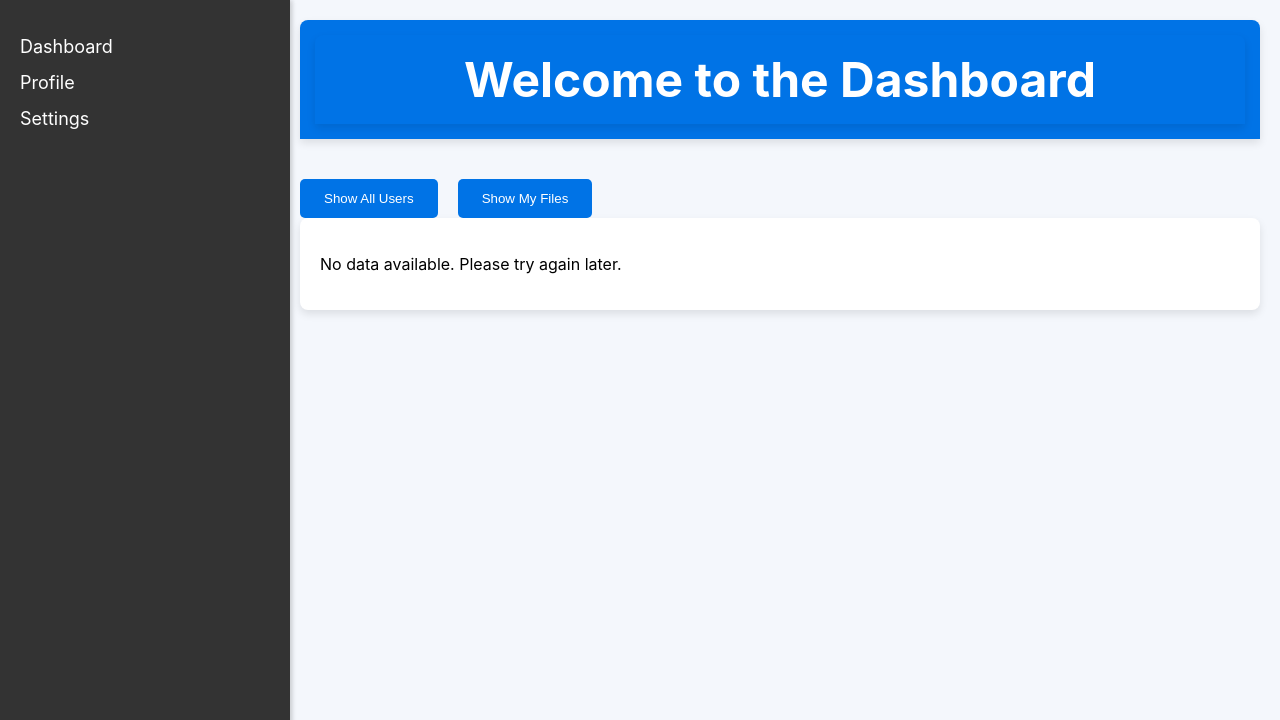
Repository: JaafarRezk/FrontEnd-InternetApplications
Page: /dashboard
These files come from the project's save history. The page is drawn as it stood at one moment and after the next save; the edit follows.
The browser window is 1280 px wide. The pictures show the whole page.
The project was rebuilt for these pictures with package versions that can differ from the ones it lists, and the page was loaded fresh each time. Also part of the build but not shown: src/styles/Home.module.css, src/components/Home.js, src/styles/Auth.module.css, src/components/Auth/Login.js, src/components/Auth/Register.js.

Above is the page before, as saved 2024-11-09 16:47:35.

### src/App.js
// src/App.js
import React from 'react';
import { BrowserRouter as Router, Route, Routes } from 'react-router-dom';
import Home from './components/Home';
import Login from './components/Auth/Login';

import Dashboard from './components/Dashboard';
import Register from './components/Auth/Register';

function App() {
  return (
    <Router>
      <div className="App">
      <Routes>
      <Route path="/" element={<Home />} />
        <Route path="/login" element={<Login />} />
        <Route path="/register" element={<Register />} />
        <Route path="/dashboard" element={<Dashboard />} />
      </Routes>
      </div>
    </Router>
  );
}

export default App;

### src/components/Dashboard.js
import React, { useState } from 'react';
import axios from 'axios';
import Sidebar from './Sidebar';
import Header from './Header';
import Toolbar from './Toolbar';
import Content from './Contnent';
import styles from '../styles/Dashboard.module.css';
import SidebarStyles from '../styles/Sidebar.module.css';
import HeaderStyles from '../styles/Header.module.css';
import ToolbarStyles from '../styles/Toolbar.module.css';

const Dashboard = () => {
  const [users, setUsers] = useState([]);
  const [files, setFiles] = useState([]);
  const [error, setError] = useState('');
  const [loading, setLoading] = useState(false);

  const fetchUsers = async () => {
    setLoading(true);
    setError('');
    try {
      const token = localStorage.getItem('token');
      const response = await axios.get('http://127.0.0.1:8000/api/allUsers', {
        headers: {
          Authorization: `Bearer ${token}`,
        },
      });
      setUsers(response.data.data);
    } catch (error) {
      setError('Failed to load users.');
      console.error(error);
    } finally {
      setLoading(false);
    }
  };

  const fetchFiles = async () => {
    setLoading(true);
    setError('');
    try {
      const token = localStorage.getItem('token');
      const response = await axios.get('http://127.0.0.1:8000/api/file/getMyFiles', {
        headers: {
          Authorization: `Bearer ${token}`,
        },
      });
      setFiles(response.data);
    } catch (error) {
      setError('Failed to load files.');
      console.error(error);
    } finally {
      setLoading(false);
    }
  };

  return (
    <div className={styles.dashboard}>
      <div className={SidebarStyles.sidebar}>
        <Sidebar />
      </div>
      <div className={styles.mainContent}>
        <div className={HeaderStyles.header}>
          <Header />
        </div>
        <div className={ToolbarStyles.toolbar}>
          <Toolbar fetchUsers={fetchUsers} fetchFiles={fetchFiles} loading={loading} />
        </div>
        <Content users={users} files={files} error={error} loading={loading} />
      </div>
    </div>
  );
};

export default Dashboard;

### src/components/Sidebar.js
import React from 'react';
import { Link } from 'react-router-dom';
import styles from '../styles/Sidebar.module.css';

const Sidebar = () => {
  return (
    <div className={styles.sidebar}>
      <ul>
        <li><Link to="/dashboard">Dashboard</Link></li>
        <li><Link to="/profile">Profile</Link></li>
        <li><Link to="/settings">Settings</Link></li>
      </ul>
    </div>
  );
};

export default Sidebar;

### src/components/Header.js
import React from 'react';
import styles from '../styles/Header.module.css';

const Header = () => {
  return (
    <div className={styles.header}>
      <h1>Welcome to the Dashboard</h1>
    </div>
  );
};

export default Header;

### src/components/Toolbar.js
import React from 'react';
import styles from '../styles/Toolbar.module.css';

const Toolbar = ({ fetchUsers, fetchFiles, loading }) => {
  return (
    <div className={styles.toolbar}>
      <button onClick={fetchUsers} className={styles.button} disabled={loading}>
        {loading ? 'Loading Users...' : 'Show All Users'}
      </button>
      <button onClick={fetchFiles} className={styles.button} disabled={loading}>
        {loading ? 'Loading Files...' : 'Show My Files'}
      </button>
    </div>
  );
};

export default Toolbar;

### src/components/Contnent.js
import React from 'react';
import styles from '../styles/Content.module.css';

const Content = ({ users, files, error, loading }) => {
  return (
    <div className={styles.content}>
      {error && <p className={styles.error}>{error}</p>}

      {loading && <p>Loading...</p>}

      {users.length > 0 && (
        <div className={styles.cardContainer}>
          <div className={styles.card}>
            <h3>Users:</h3>
            <ul>
              {users.map((user) => (
                <li key={user.id}>{user.name} - {user.email}</li>
              ))}
            </ul>
          </div>
        </div>
      )}

      {files.length > 0 && (
        <div className={styles.cardContainer}>
          <div className={styles.card}>
            <h3>My Files:</h3>
            <ul>
              {files.map((file) => (
                <li key={file.id}>{file.name}</li>
              ))}
            </ul>
          </div>
        </div>
      )}

      {users.length === 0 && files.length === 0 && !loading && (
        <p>No data available. Please try again later.</p>
      )}
    </div>
  );
};

export default Content;

### src/styles/Dashboard.module.css
/* Dashboard.module.css */
.dashboard {
    display: flex;
    min-height: 100vh;
    background-color: #f4f7fc;
  }

  .mainContent {
    flex: 1;
    margin-left: 280px; /* Space for Sidebar */
    padding: 20px;
  }

  @media (max-width: 768px) {
    .mainContent {
      margin-left: 0;
    }
  }

### src/styles/Sidebar.module.css
/* Sidebar.module.css */
.sidebar {
    width: 250px;
    background-color: #333;
    color: white;
    padding: 20px;
    height: 100vh;
    position: fixed;
    top: 0;
    left: 0;
    box-shadow: 2px 0 5px rgba(0, 0, 0, 0.1);
  }

  .sidebar ul {
    list-style-type: none;
    padding: 0;
  }

  .sidebar li {
    margin: 15px 0;
  }

  .sidebar li a {
    color: white;
    text-decoration: none;
    font-size: 18px;
    display: block;
  }

  .sidebar li a:hover {
    background-color: #0073e6;
    padding: 10px;
    border-radius: 5px;
  }

### src/styles/Header.module.css
/* Header.module.css */
.header {
    background-color: #0073e6;
    color: white;
    padding: 15px;
    text-align: center;
    font-size: 24px;
    font-weight: bold;
    border-radius: 8px 8px 0 0;
    box-shadow: 0 4px 8px rgba(0, 0, 0, 0.1);
  }

  .header h1 {
    margin: 0;
  }

### src/styles/Toolbar.module.css
/* Toolbar.module.css */
.toolbar {
    display: flex;
    gap: 20px;
    margin-top: 20px;
  }

  .button {
    padding: 12px 24px;
    background-color: #0073e6;
    color: white;
    border: none;
    cursor: pointer;
    border-radius: 5px;
    transition: background-color 0.3s ease;
  }

  .button:hover {
    background-color: #005bb5;
  }

  .button:disabled {
    background-color: #cccccc;
    cursor: not-allowed;
  }

### src/styles/Content.module.css
/* Content.module.css */
.content {
    padding: 20px;
    background-color: #fff;
    border-radius: 8px;
    box-shadow: 0 4px 8px rgba(0, 0, 0, 0.1);
  }

  .error {
    color: red;
    font-weight: bold;
  }

  .cardContainer {
    margin-top: 20px;
  }

  .card {
    background-color: #f9f9f9;
    padding: 15px;
    border-radius: 8px;
    box-shadow: 0 4px 8px rgba(0, 0, 0, 0.05);
  }

  .card h3 {
    margin-bottom: 10px;
    color: #333;
  }

  .card ul {
    list-style-type: none;
    padding: 0;
  }

  .card li {
    padding: 8px 0;
    border-bottom: 1px solid #eee;
  }

  .card li:last-child {
    border-bottom: none;
  }

Loaded but not shown: public/index.html (common file); src/index.js (common file); src/index.css (common file); src/reportWebVitals.js (common file)

After the next save:
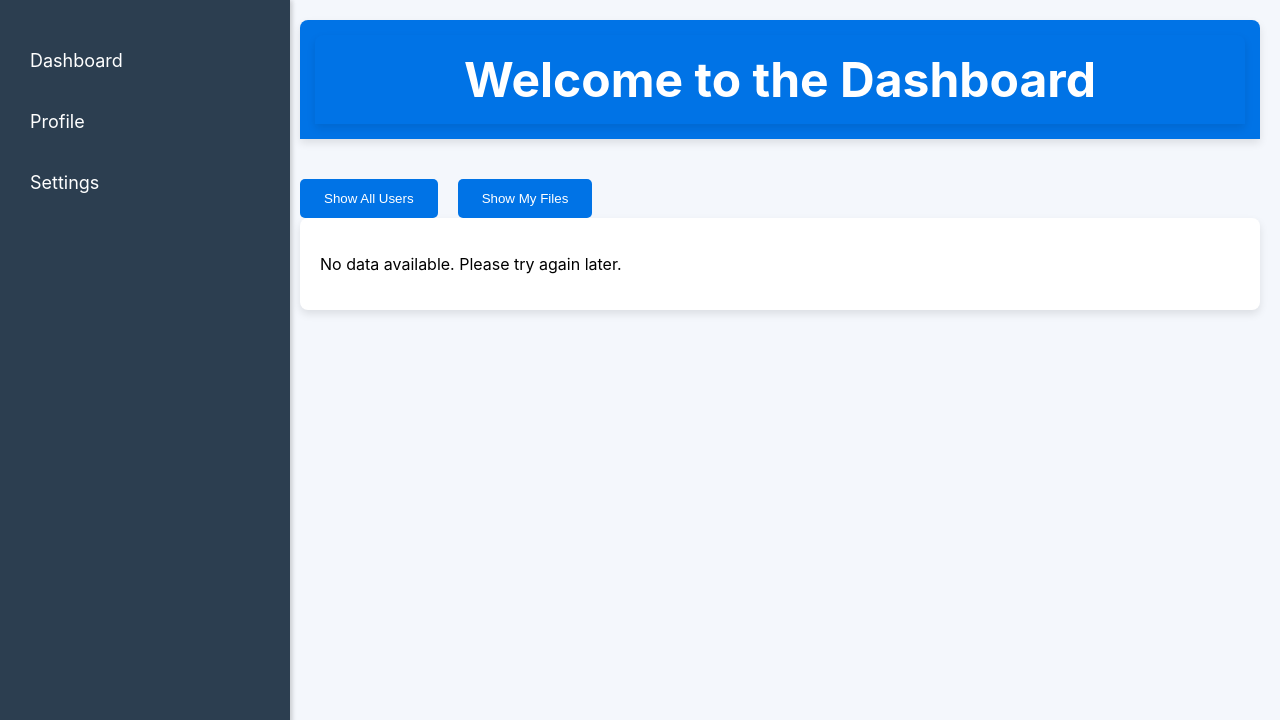
Saved 32 s later.
--- a/src/styles/Sidebar.module.css
+++ b/src/styles/Sidebar.module.css
@@ -1,7 +1,7 @@
 /* Sidebar.module.css */
 .sidebar {
     width: 250px;
-    background-color: #333;
+    background-color: #2c3e50;
     color: white;
     padding: 20px;
     height: 100vh;
@@ -9,6 +9,7 @@
     top: 0;
     left: 0;
     box-shadow: 2px 0 5px rgba(0, 0, 0, 0.1);
+    transition: width 0.3s;
   }
 
   .sidebar ul {
@@ -17,7 +18,7 @@
   }
 
   .sidebar li {
-    margin: 15px 0;
+    margin: 20px 0;
   }
 
   .sidebar li a {
@@ -25,10 +26,11 @@
     text-decoration: none;
     font-size: 18px;
     display: block;
+    padding: 10px;
+    border-radius: 4px;
+    transition: background-color 0.3s;
   }
 
   .sidebar li a:hover {
     background-color: #0073e6;
-    padding: 10px;
-    border-radius: 5px;
   }
